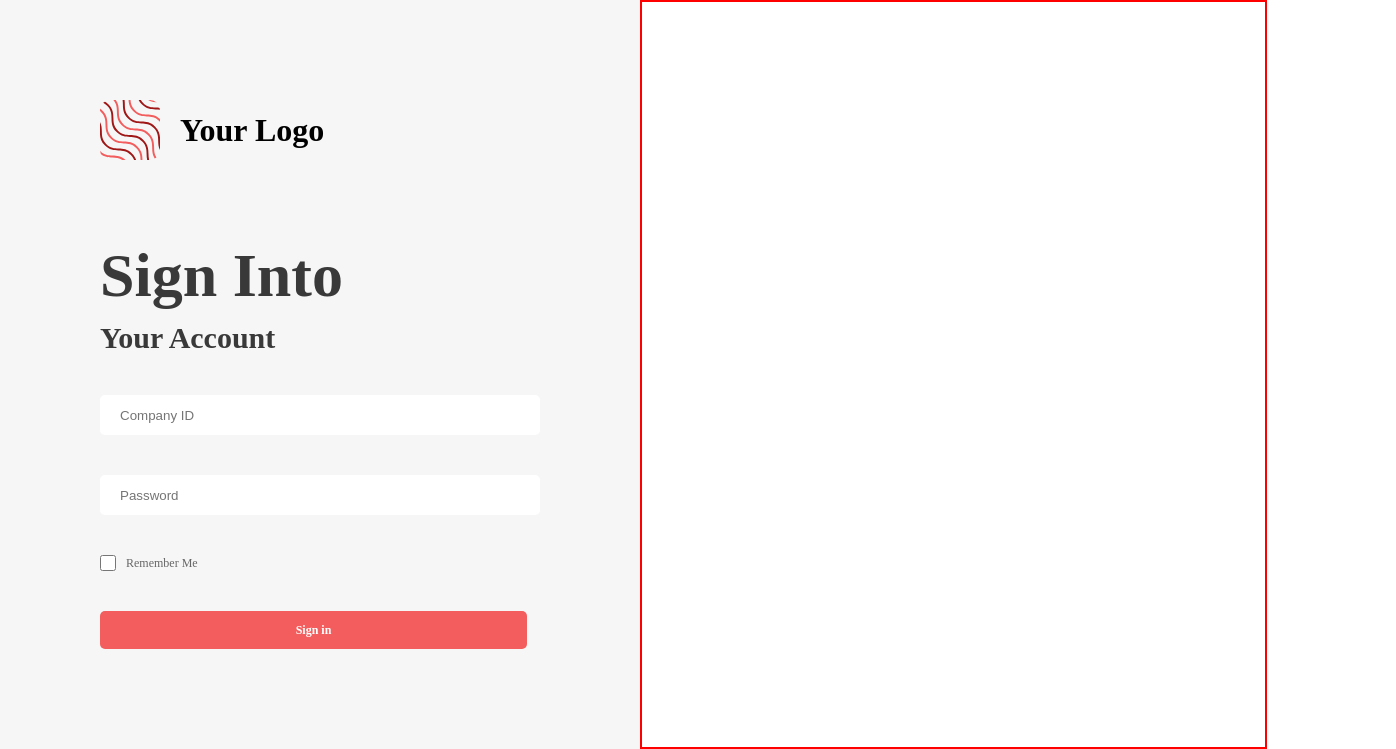
Repository: kubrazamanova/Form-lesson2
Page: index.html
An editor plug-in stored every save of this project. The page is shown before and after the next save, followed by the edit.
The browser window is 1280 px wide. The page is 1280 px wide, then 1396 px, so the pictures cover 1396 px, including what lies to the right of the window. The pictures show the whole page.

Above is the page before, as saved 2023-10-28 10:36:21.

After the next save:
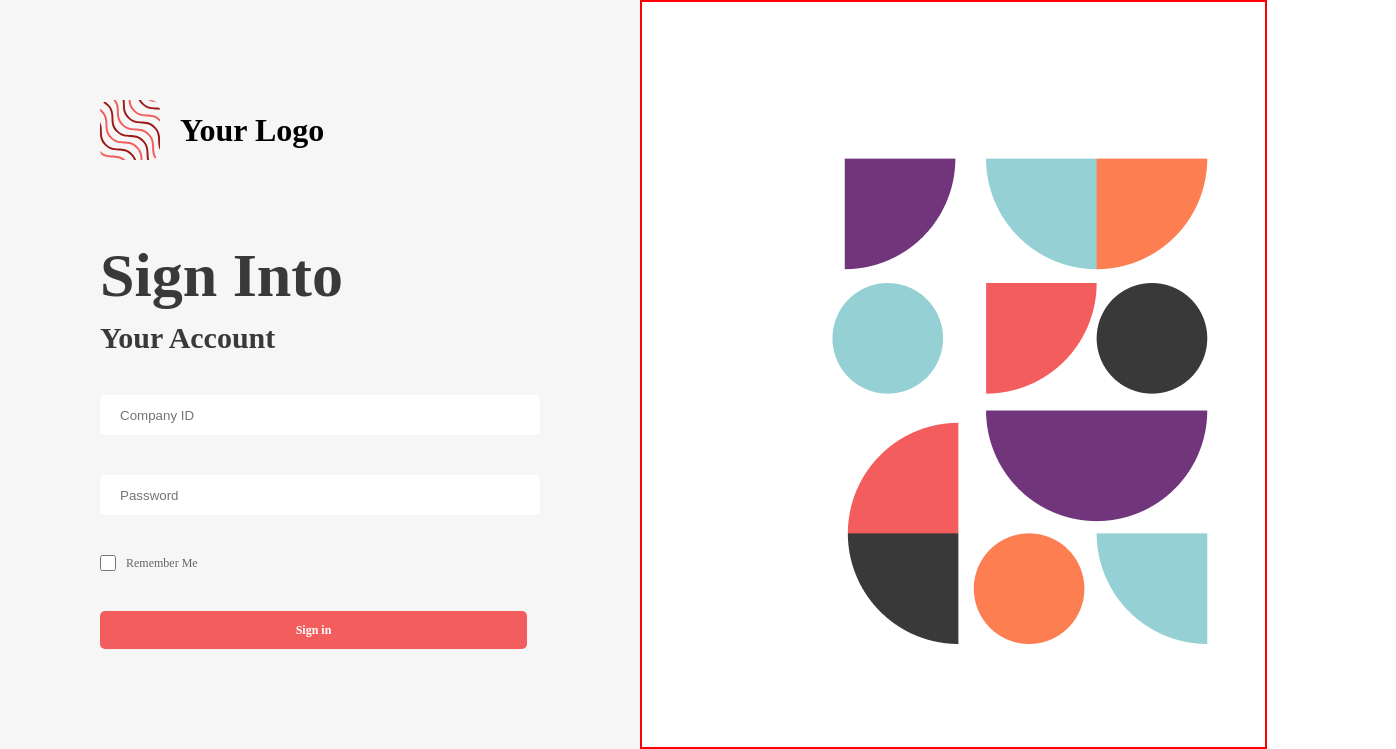
Saved 11 s later.
--- a/index.html
+++ b/index.html
@@ -84,7 +84,7 @@
         </form>
       </div>
       <div class="right-side">
-        <!-- <img src="/Component 1.png" alt="" /> -->
+        <img src="/Component 1.png" alt="" />
 
     </div>
     </div>
